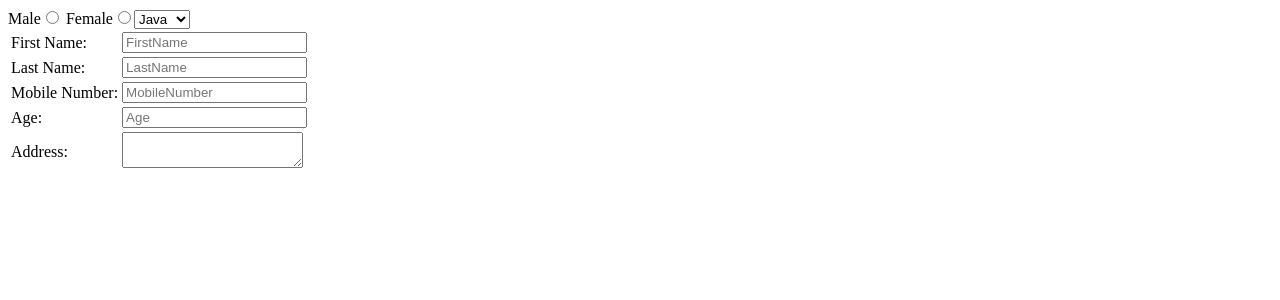
Repository: Ganesh281996/Ganesh
Page: BasicHtml/WebContent/Login.html
An editor plug-in stored every save of this project. The page is shown before and after the next save, followed by the edit.
The browser window is 1280 px wide. The pictures show the whole page.

Above is the page before, as saved 2018-03-27 12:05:42.

### BasicHtml/WebContent/Login.html
<!DOCTYPE html>
<html>
<head>
<meta charset="UTF-8">
<title>Insert title here</title>
</head>
<body>
<form action="">
<table>
<tr>
<td>First Name:	</td><td> <input  id="FirstName" placeholder="FirstName"></td>
 </tr>
 <tr>
<td>Last Name:</td> <td><input id="LastName" placeholder="LastName"></td>
</tr>
<tr>
<td>Mobile Number: </td><td><input id="Mobile" placeholder="MobileNumber"></td>
</tr>
<tr>
<td>Age: </td><td><input id="Age" placeholder="Age"></td>
</tr>
<tr>
<td>Address: </td><td><textarea id="Address" placeholder="Address">  </textarea></td>
</tr>
<tr>
Male<input type="radio" name="Gender" value="Male">
Female<input type="radio" name="Gender" value="Female">
<select>
<option value="Java">Java</option>
<option value=".Net">.Net</option>
<option value="C++">C++</option>
<option value="Mean">Mean</option>
</select>
</table>
</form>
</body>
</html>

After the next save:
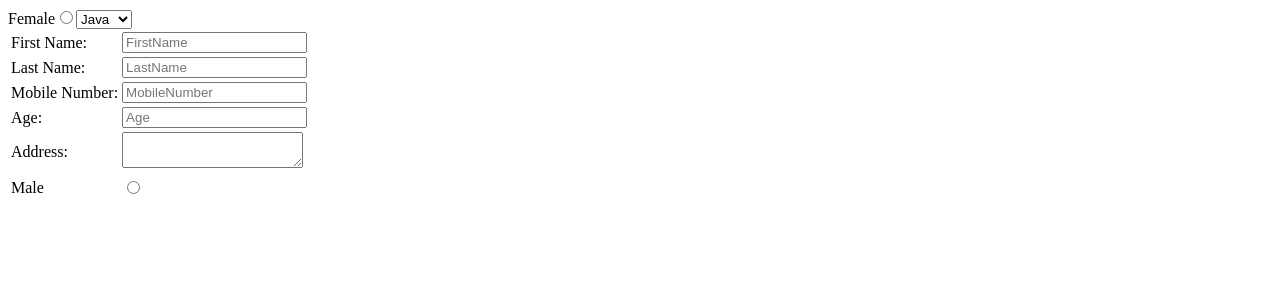
Saved 95 s later.
--- a/BasicHtml/WebContent/Login.html
+++ b/BasicHtml/WebContent/Login.html
@@ -23,7 +23,9 @@
 <td>Address: </td><td><textarea id="Address" placeholder="Address">  </textarea></td>
 </tr>
 <tr>
-Male<input type="radio" name="Gender" value="Male">
+<tr>
+<td>Male</td><td> <input type="radio" name="Gender" value="Male"></td>
+</tr>
 Female<input type="radio" name="Gender" value="Female">
 <select>
 <option value="Java">Java</option>
